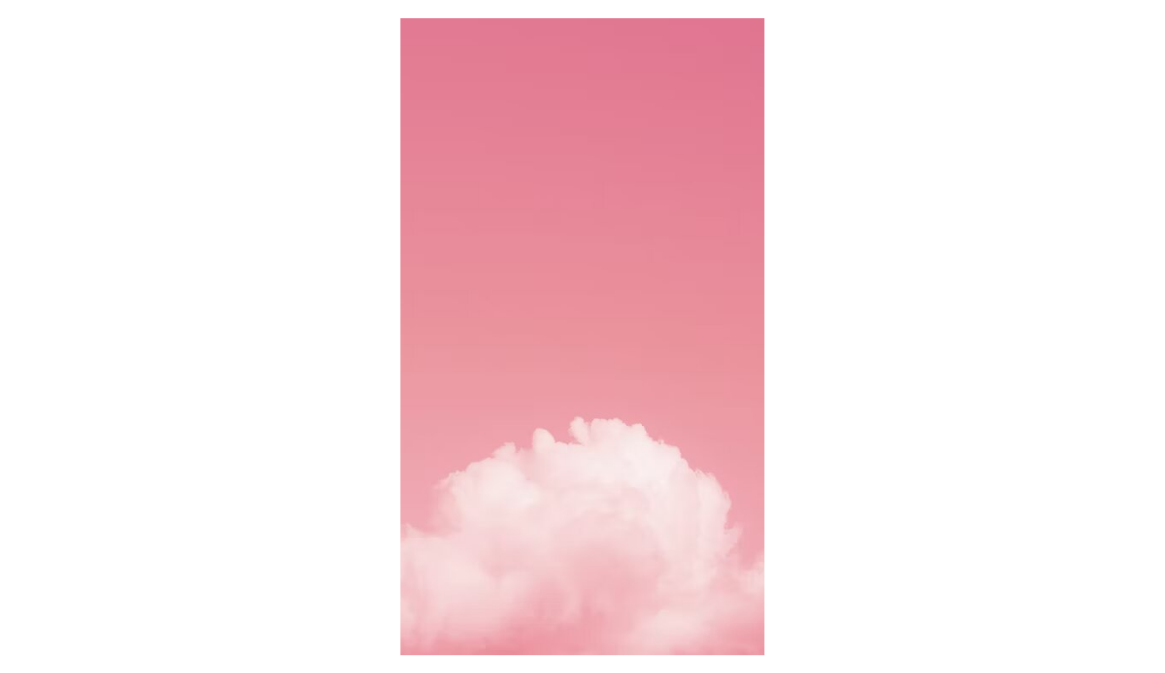
Repository: asya-aisa/grocery-list
Page: /
The author's editor kept a copy of each file at every save. The page is drawn from the files as they stood at one save, then again after the next save.
The browser window is 1280 px wide. The pictures show the whole page, at 91% of full size.
The project was rebuilt for these pictures with package versions that can differ from the ones it lists, and the page was loaded fresh each time.

Above is the page before, as saved 2023-07-14 14:37:34.

After the next save:
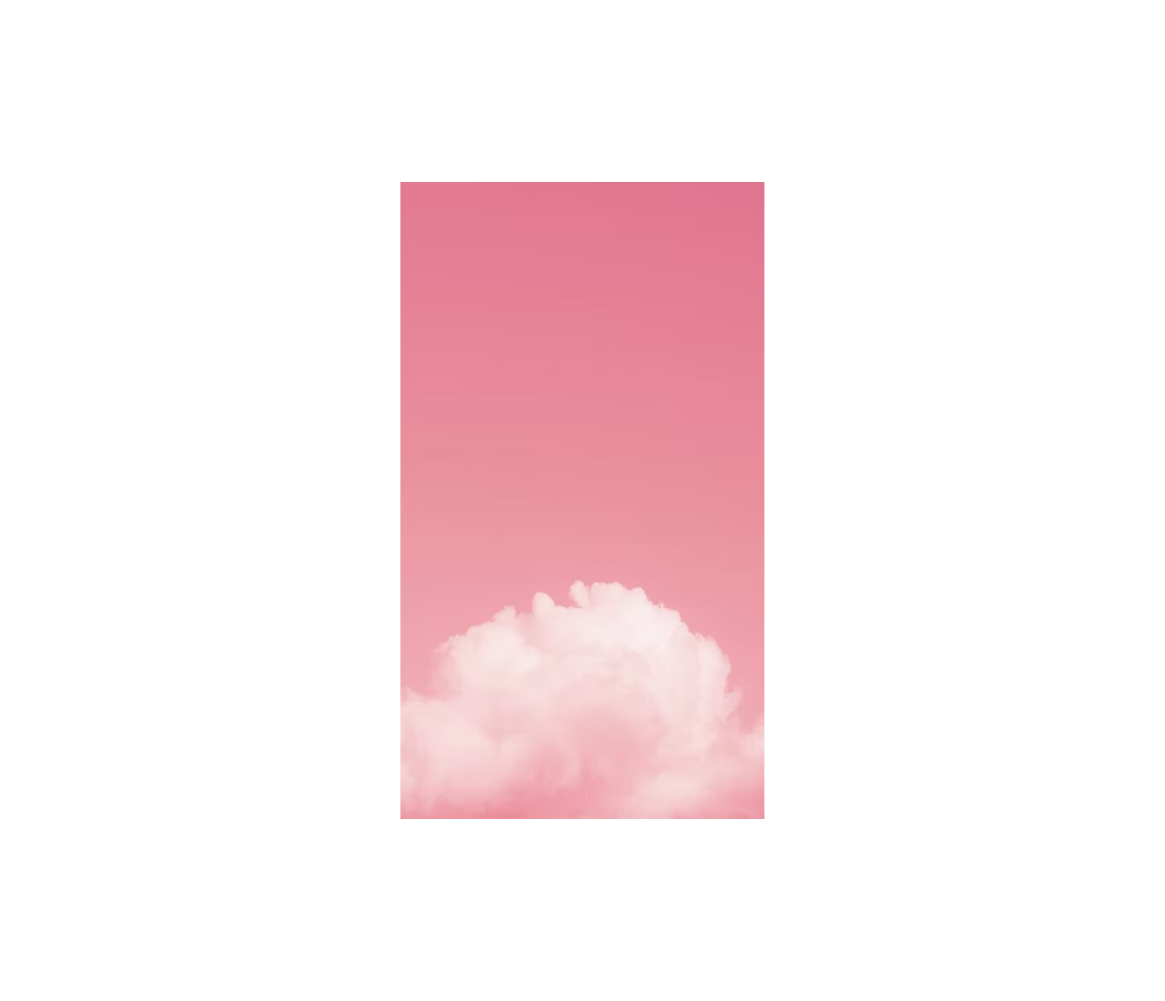
Saved 16 s later.
--- a/src/App.css
+++ b/src/App.css
@@ -6,5 +6,5 @@
   width: 400px;
   height: 700px;
   margin-top: 200px;
-  margin: 20px auto;
+  margin: 200px auto;
 }
